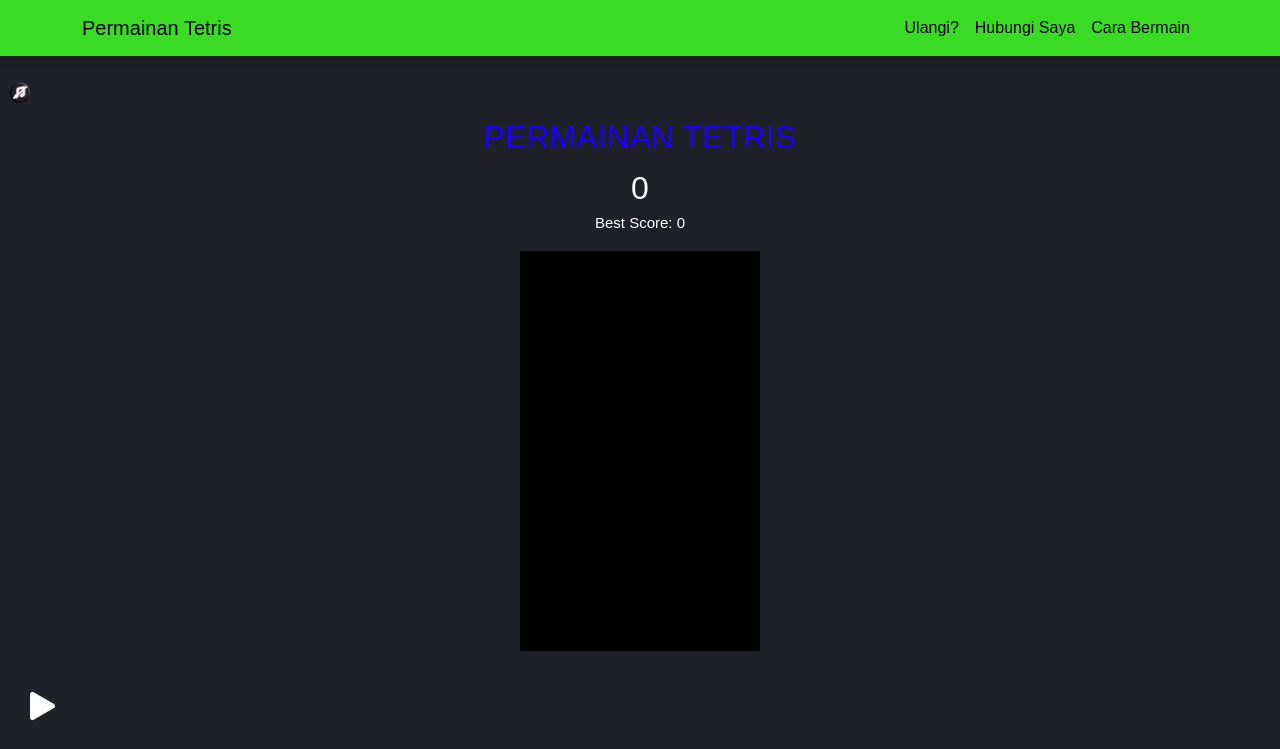
Repository: GwendiWisnuAnggoro/GwendiWisnuAnggoro.github.io
Page: Bahasa Indonesia/game/Tetris/tetris.html
The author's editor kept a copy of each file at every save. The page is drawn from the files as they stood at one save, then again after the next save.
The browser window is 1280 px wide. The pictures show the whole page.

Above is the page before, as saved 2023-02-07 19:49:00.
Console error: TypeError: Cannot read properties of null (reading 'forEach')

After the next save:
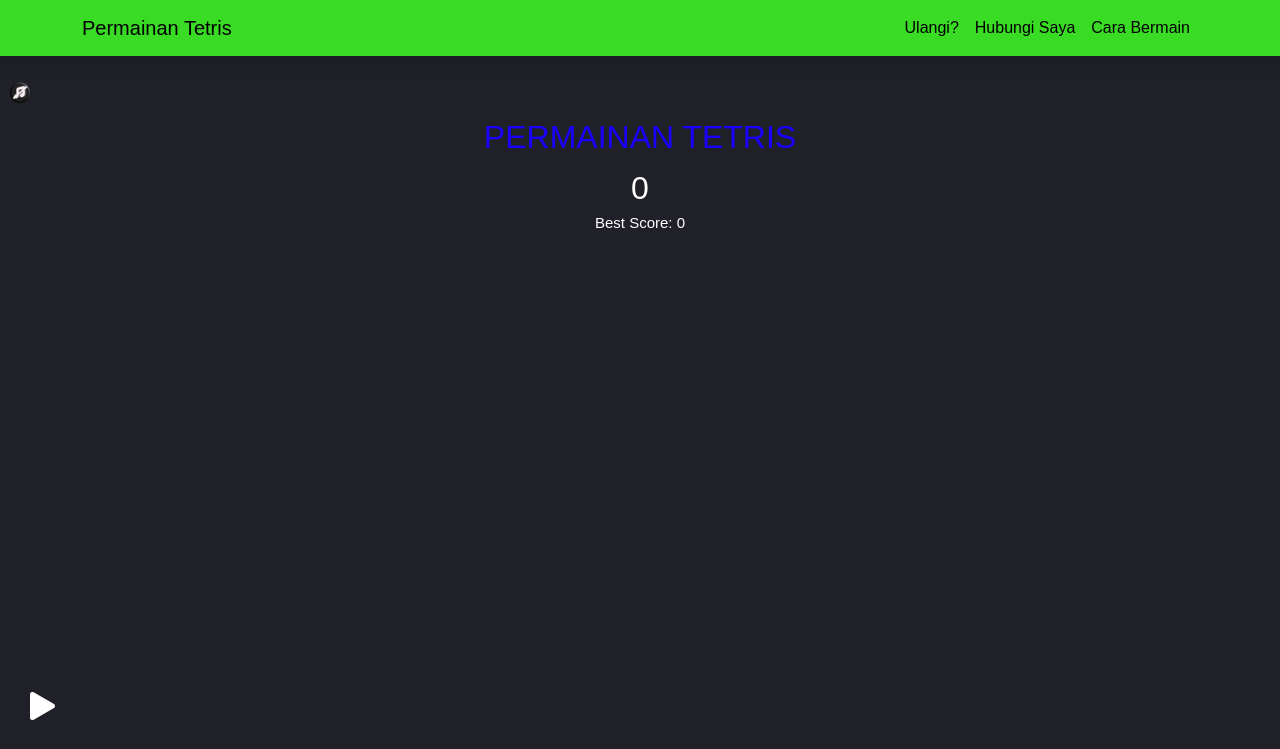
Console error: SyntaxError: Unexpected end of input
Saved 11 s later.
--- a/Bahasa Indonesia/game/Tetris/tetris.js
+++ b/Bahasa Indonesia/game/Tetris/tetris.js
@@ -350,7 +350,7 @@
        localStorage.setItem("Best2", "0");
 
     } else{
-        document.getElementById("Best_Score").innerText = `localStorage.getItem("Best2")`;
+        document.getElementById("Best_Score").innerText = `localStorage.getItem("Best2");
 
     }
     if(BestScore !== null){

After the save that followed:
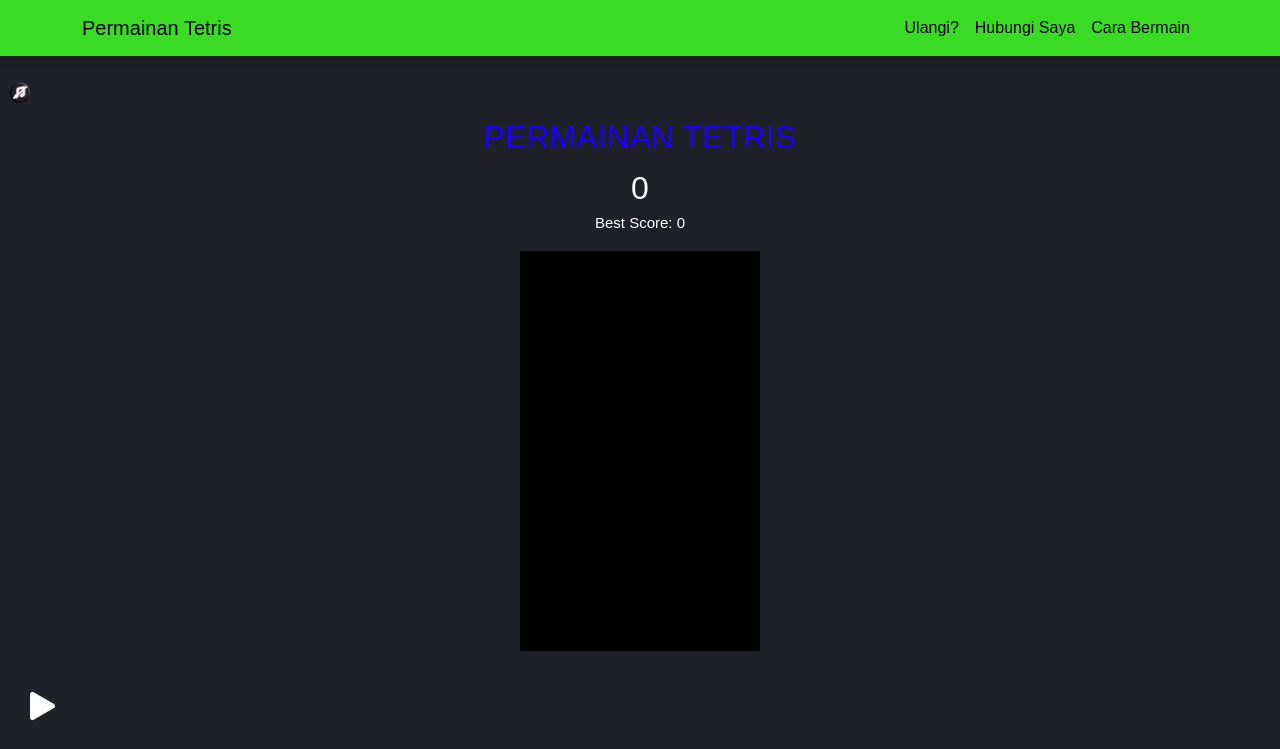
Console error: TypeError: Cannot read properties of null (reading 'forEach')
Saved 4 s later.
--- a/Bahasa Indonesia/game/Tetris/tetris.js
+++ b/Bahasa Indonesia/game/Tetris/tetris.js
@@ -350,7 +350,7 @@
        localStorage.setItem("Best2", "0");
 
     } else{
-        document.getElementById("Best_Score").innerText = `localStorage.getItem("Best2");
+        document.getElementById("Best_Score").innerText = localStorage.getItem("Best2");
 
     }
     if(BestScore !== null){
